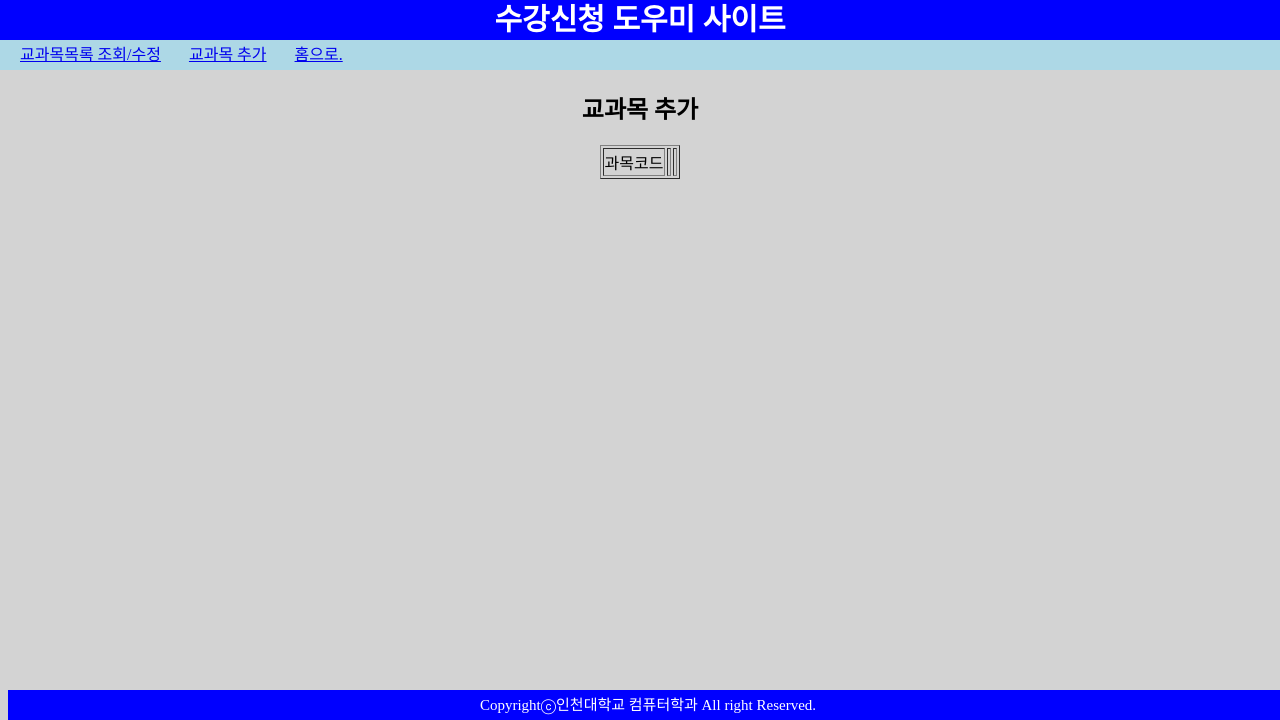
Repository: leesuyeon116/HRD_2
Page: http://localhost/HRD_0419/insert.jsp
An editor plug-in stored every save of this project. The page is shown before and after the next save, followed by the edit.
The browser window is 1280 px wide. The pictures show the whole page.
The page is served by Tomcat 9.

Above is the page before, as saved 2024-04-19 05:59:52.

After the next save:
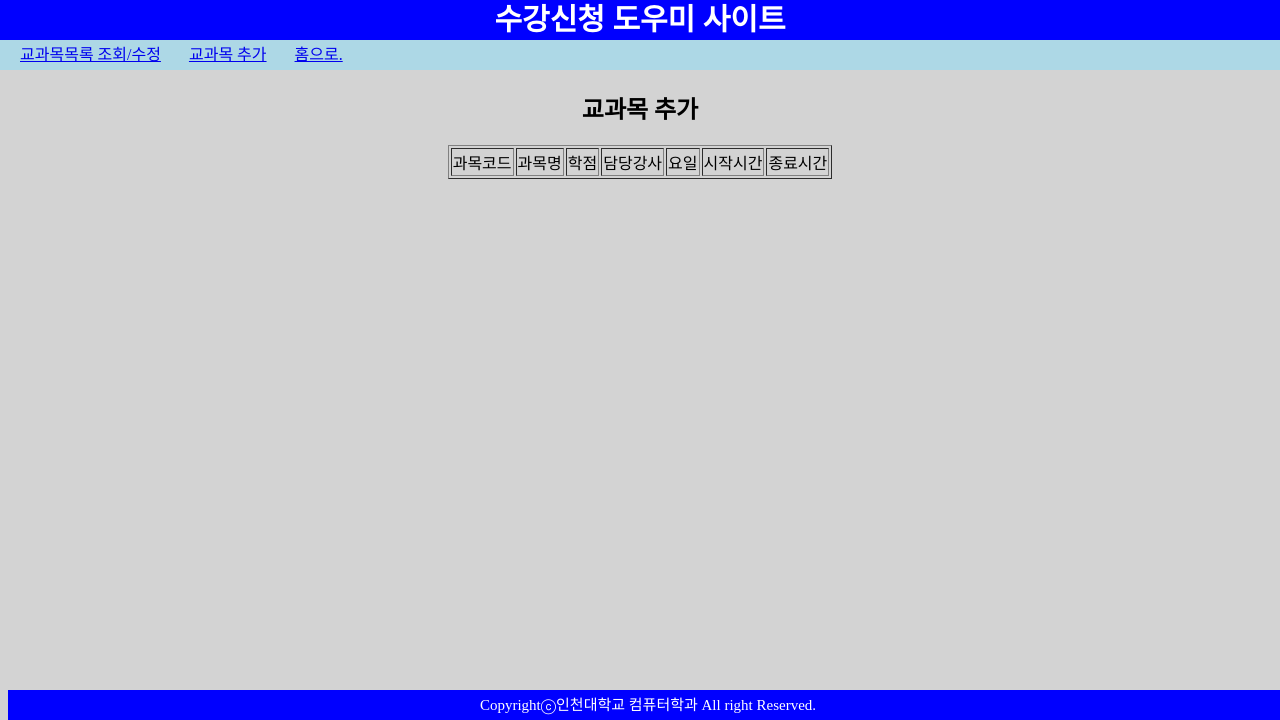
Saved 67 s later.
--- a/HRD_0419/src/main/webapp/insert.jsp
+++ b/HRD_0419/src/main/webapp/insert.jsp
@@ -14,8 +14,12 @@
 			<table border="1">
 				<tr>
 					<td>과목코드</td>
-					<td></td>
-					<td></td>
+					<td>과목명</td>
+					<td>학점</td>
+					<td>담당강사</td>
+					<td>요일</td>
+					<td>시작시간</td>
+					<td>종료시간</td>
 				</tr>
 			</table>
 		</form>
